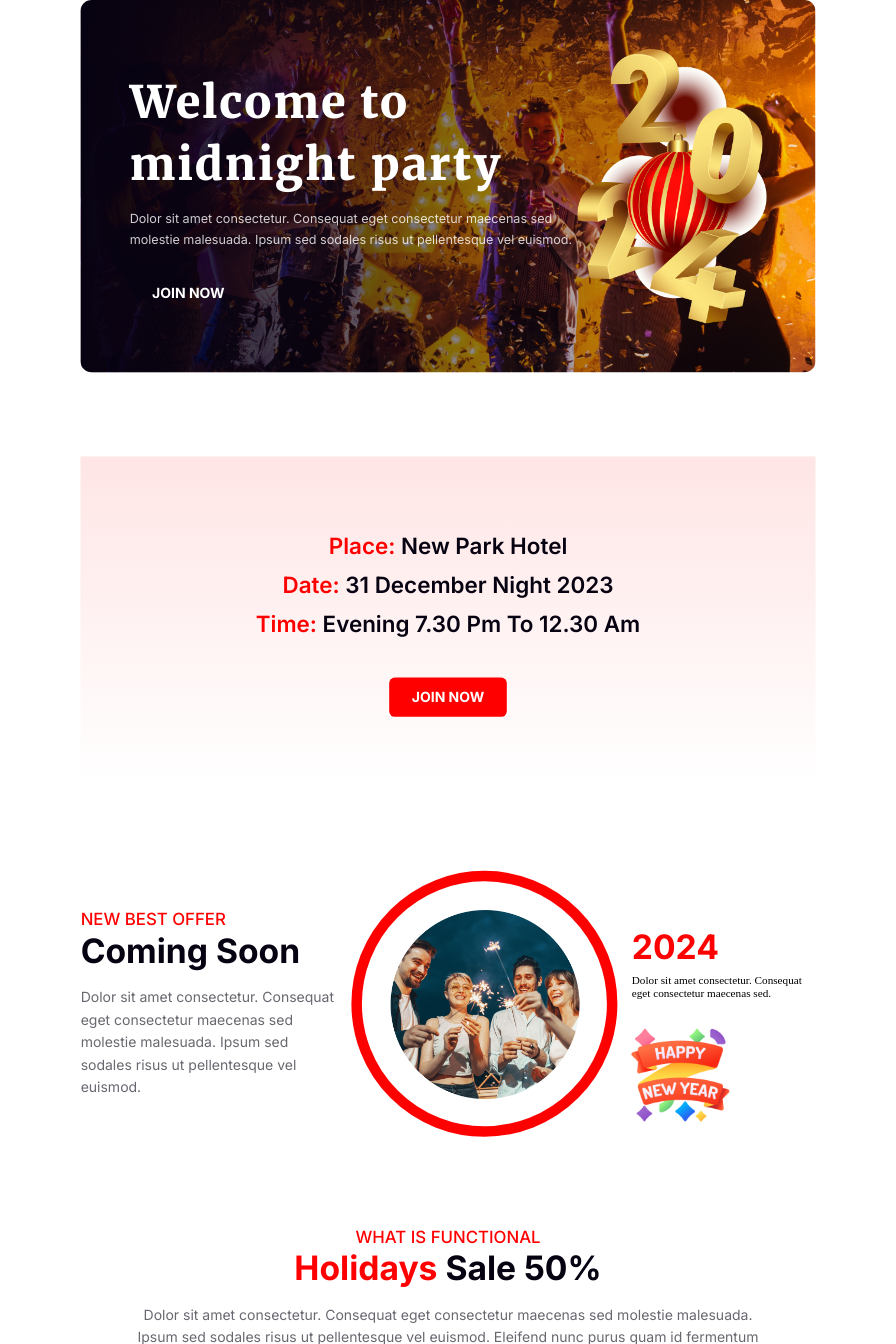
Repository: ShouravAhammed/simple-responsive-new-year
Page: index.html
An editor plug-in stored every save of this project. The page is shown before and after the next save, followed by the edit.
The browser window is 1280 px wide. The pictures show the part of the page from y = 0 to 1920 px (the page is 5201 px tall before and 6623 px after), at 70% of full size.

Above is the page before, as saved 2024-01-11 19:19:46.

### index.html
<!DOCTYPE html>
<html lang="en">
<head>
    <meta charset="UTF-8">
    <meta name="viewport" content="width=device-width, initial-scale=1.0">
    <!-- Title  -->
    <title>New Year 2024</title>
    <!-- favicon icon linked -->
    <link rel="shortcut icon" href="images/New Year Photo.png" type="image/x-icon">
    <!-- style css linked-->
    <link rel="stylesheet" href="Style/style.css">
</head>
<body>
    <!-- header part  -->
    <header class="hide">
        <!-- banner section part -->
        <section id="banner">
            <div class="container">
                <div class="banner-container">
                    <div class="banner-content">
                        <h3 class="celebration">Happy New Year</h3>
                        <h2 class="banner-title">New Year Party Celebration</h2>
                    </div>
                </div>
            </div>
        </section>
    </header>
    <!-- main part -->
    <main>
        <!-- categories section part  -->
            <section id="categories hide" class="hide">
                <div class="container">
                    <div class="categories-container">
                        <h2 class="categories-discount">65% OFF</h2>
                        <p class="primary-summery">OUR HOLIDAY DEALS ARE BETTER</p>
                        <h3 class="categories-title">ALL CATEGORIES</h3>
                        <div class="categories-img">
                            <img id="new-year-img" src="images/New Year Photo.png" alt="Happy New Year">
                        </div>
                    </div>
                </div>
            </section>

            <!-- party-banner section part -->
            <section id="party-banner">
                <div class="container">
                    <div class="party-container">
                        <div class="party-content">
                            <h2 class="party-title">Welcome to midnight party</h2>
                            <p class="party-description">Dolor sit amet consectetur. Consequat eget consectetur maecenas sed molestie malesuada. Ipsum sed sodales risus ut pellentesque vel euismod. </p>
                            <button id="join-now-btn">JOIN NOW</button>
                        </div>
                        <img class="party-img" src="images/icon/Group 70.png" alt="party-img">
                    </div>
                </div>
            </section>
            <!-- Announce section part -->
            <section id="announce">
                <div class="container">
                    <div class="announce-content">
                        <h4 class="announce-title"><span class="title-color">Place:</span> New Park Hotel</h4>
                        <h4 class="announce-title"><span class="title-color">Date:</span> 31 December Night 2023</h4>
                        <h4 class="announce-title"><span class="title-color">Time:</span> Evening 7.30 pm to 12.30 am</h4>
                        <button class="announce-btn">Join Now</button>
                    </div>
                </div>
            </section>
            <!-- best offer section part -->
            <section id="best-offer">
                <div class="container">
                    <div class="best-offer-container">
                        <div class="best-offer-content">
                            <p class="primary-summery">NEW BEST OFFER</p>
                            <h3 class="similer-title">Coming Soon</h3>
                            <p class="similer-description">Dolor sit amet consectetur. Consequat eget consectetur maecenas sed molestie malesuada. Ipsum sed sodales risus ut pellentesque vel euismod. </p>
                        </div>
                        <div class="best-offer-img-content">

                                <img class="best-offer-img" src="images/Ellipse 1.png" alt="best-offer-images">

                        </div>
                        <div class="best-offer-year-content">
                            <h3 class="best-offer-year">2024</h3>
                            <p class="best-offer-description">Dolor sit amet consectetur. Consequat eget consectetur maecenas sed.</p>
                            <img class="best-offer-year-img" src="images/icon/Group 96.png" alt="best-offer-year-img">
                        </div>
                    </div>
                </div>
            </section>
            <!-- holiday section part  -->
            <section id="holiday">
                <div class="container">
                    <div class="holiday-container">
                        <div class="holiday-content">
                            <p class="primary-summery">WHAT IS FUNCTIONAL</p>
                        <h3 class="similer-title"><span class="title-color">Holidays</span> Sale 50%</h3>
                        <p class="similer-description">Dolor sit amet consectetur. Consequat eget consectetur maecenas sed molestie malesuada. Ipsum sed
                            sodales risus ut pellentesque vel euismod. Eleifend nunc purus quam id
                            fermentum amet amet sit consectetur.</p>
                        </div>
                        <div class="holiday-back-img">
                            <div class="holiday-gift-content">
                                <img src="images/icon/Group 75.png" alt="">
                            </div>
                            <div class="holiday-discount-content">
                                <img src="images/icon/Group 44.png" alt="">
                            </div>
                        </div>
                        <div class="holiday-bottom">
                            <img src="images/Rectangle 2.png" alt="">
                        </div>
                    </div>
                </div>
            </section>
            <!-- Portfolio section part -->

            <section id="portfolio">
                <div class="container">
                    <div class="portfolio-container">
                        <div class="portfolio-box">
                            <p class="primary-summery">THE BEST GIFTS</p>
                            <h3 class="similer-title">Our Awesome Portfolio</h3>
                            <p class="similer-description description-padd">Dolor sit amet consectetur. Consequat eget consectetur maecenas sed molestie malesuada. Ipsum sed sodales risus ut pellentesque vel euismod. </p>
                        </div>
                            <div class="portfolio-content">
                                <img class="portfolio-img" src="images/Portfolio images/Rectangle 3.png" alt="">
                                <img class="portfolio-img" src="images/Portfolio images/Rectangle 4.png" alt="">
                                <img class="portfolio-img" src="images/Portfolio images/Rectangle 5.png" alt="">
                            </div>
                            <div class="portfolio-content">
                                <img class="portfolio-img" src="images/Portfolio images/Rectangle 6.png" alt="">
                                <img class="portfolio-img" src="images/Portfolio images/Rectangle 7.png" alt="">
                                <img class="portfolio-img" src="images/Portfolio images/Rectangle 8.png" alt="">
                            </div>
                        </div>
                    </div>
            </section>
            <!-- newsletter section part -->
            <section id="newsletter">
                <div class="container">
                    <div class="news-container">
                        <div class="news-content">
                            <img src="images/icon/Group 61.png" alt="">
                            <h3 class="similer-title">Subscribe Newsletter</h3>
                            <p class="similer-description description-mar">Dolor sit amet consectetur. Consequat eget consectetur maecenas sed molestie malesuada. Ipsum sed sodales risus ut pellentesque vel euismod. </p>
                            <form class="form" action="">
                                <input type="email" placeholder="user@gmail.com" alt="email" id="">
                                <button class="subscribe-btn">Subscribe</button>
                            </form>
                        </div>

                    </div>
                </div>
            </section>
    </main>
    <!--  footer part -->
    <footer>
        <section id="footer">
            <div class="container">
                <div class="footer-describe-part line-color">
                    <div class="footer-address">
                        <p class="address-similer">44, Big Building Roosevelt Street</p>
                        <p class="address-similer">Beach Gardens Florida 33410</p>
                    </div>
                    <div class="footer-address">
                        <div class="call-icon">
                            <img src="images/icon/Call.png" alt="">
                            <a class="address-similer">+00 123 584 124</a>
                        </div>
                        <div class="website-icon">
                            <img src="images/icon/Website.png" alt="">
                            <a class="address-similer">www.website.com</a>
                        </div>
                    </div>
                </div>

                <div class="footer-social line-color">
                    <a href=""><img src="images/icon/Facebook.png" alt=""></a>
                    <a href=""><img src="images/icon/Instagram.png" alt=""></a>
                    <a href=""><img src="images/icon/Twitter.png" alt=""></a>
                    <a href=""><img src="images/icon/Linkedin.png" alt=""></a>
                </div>

                <div class="reserved">
                    <p>2017, All Rights Reserved.</p>
                    <p>Unsubscribe</p>
                </div>
            </div>
        </section>
    </footer>
</body>
</html>

Loaded but not shown: Style/style.css (681 lines, source omitted)

After the next save:
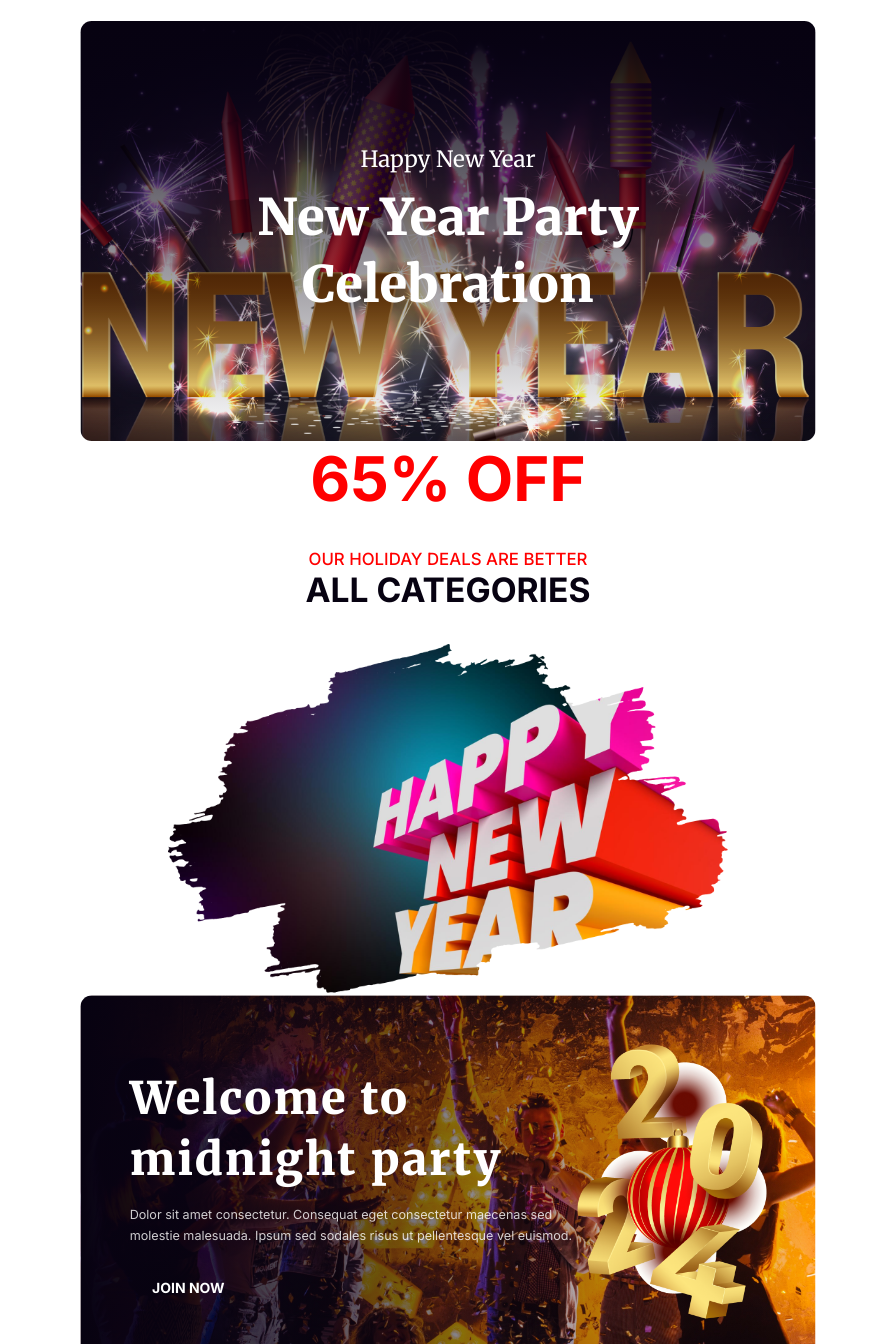
Saved 3 min 20 s later.
--- a/index.html
+++ b/index.html
@@ -12,7 +12,7 @@
 </head>
 <body>
     <!-- header part  -->
-    <header class="hide">
+    <header>
         <!-- banner section part -->
         <section id="banner">
             <div class="container">
@@ -28,7 +28,7 @@
     <!-- main part -->
     <main>
         <!-- categories section part  -->
-            <section id="categories hide" class="hide">
+            <section id="categories hide">
                 <div class="container">
                     <div class="categories-container">
                         <h2 class="categories-discount">65% OFF</h2>
